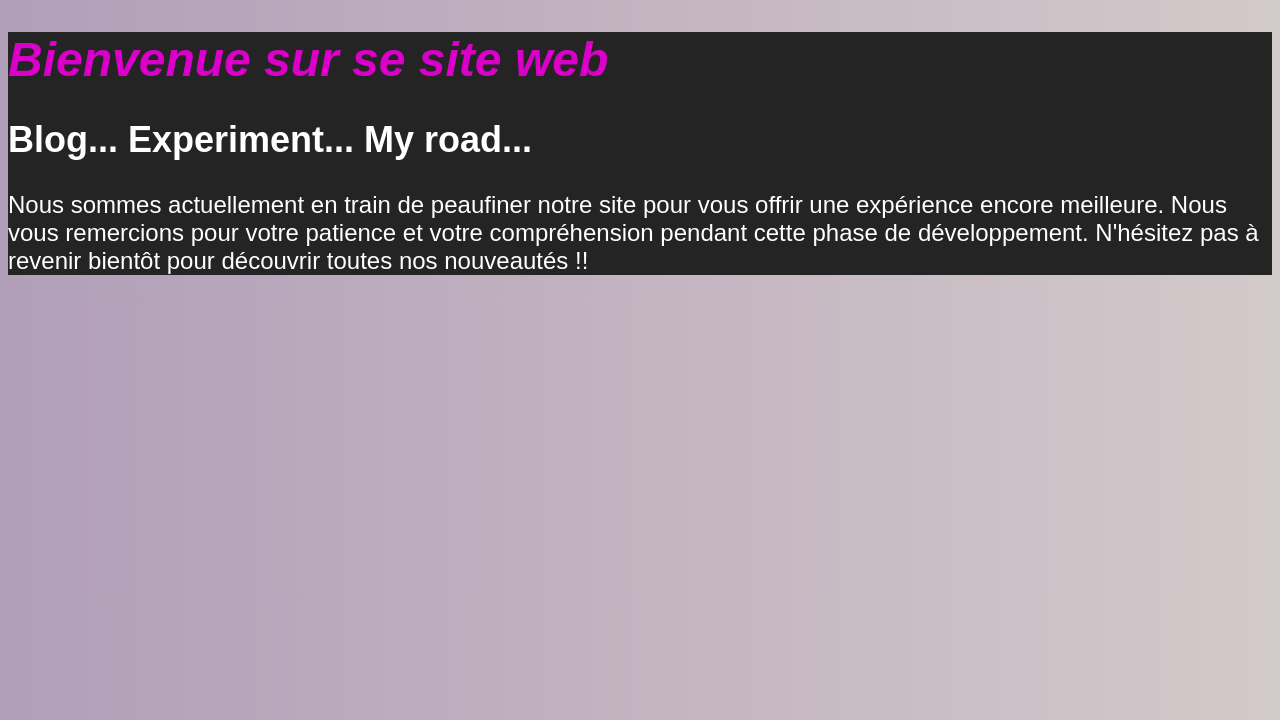
Repository: ValetteEvan/PersonalWebApp
Page: index.html
These files come from the project's save history. The page is drawn as it stood at one moment and after the next save; the edit follows.
The browser window is 1280 px wide. The pictures show the whole page.

Above is the page before, as saved 2025-01-07 18:02:33.

### index.html
<!DOCTYPE html>
<html>

    <head>
        <meta charset="utf-8" />
        <title>Valette Evan</title>
        <link href="style.css" rel="stylesheet">
        <link href="image/" rel="image">
        <link rel="font_original" href="https://fonts.googleapis.com">
    </head>

    <body>
        <div class="webGlobal">
            <h1>Bienvenue sur se site web</h1>
            <h2>Blog... Experiment... My road...</h2>
                <p class="firstParagraph">Nous sommes actuellement en train de peaufiner notre site pour
                 vous offrir une expérience encore meilleure. Nous vous remercions
                 pour votre patience et votre compréhension pendant cette phase de
                 développement. N'hésitez pas à revenir bientôt pour découvrir toutes nos nouveautés !!
                </p>
        </div>
    </body>
</html>

### style.css

body{

    background-color: rgb(255, 255, 255);
    background: linear-gradient(90deg,rgb(177, 158, 184),#d3caca);
    /*background-image: url('image/auto.jpg');*/
    /* background-repeat: no-repeat;*/
}
.webGlobal{
    background-color: rgb(36, 36, 36);
    font-family:'font_original',sans-serif;
    font-size: 1.5em;
    color: rgb(255, 255, 255);
}

h1 {
   font-style:italic;
    color: rgb(219, 0, 201);
    /*text-decoration: underline;*/
}

After the next save:
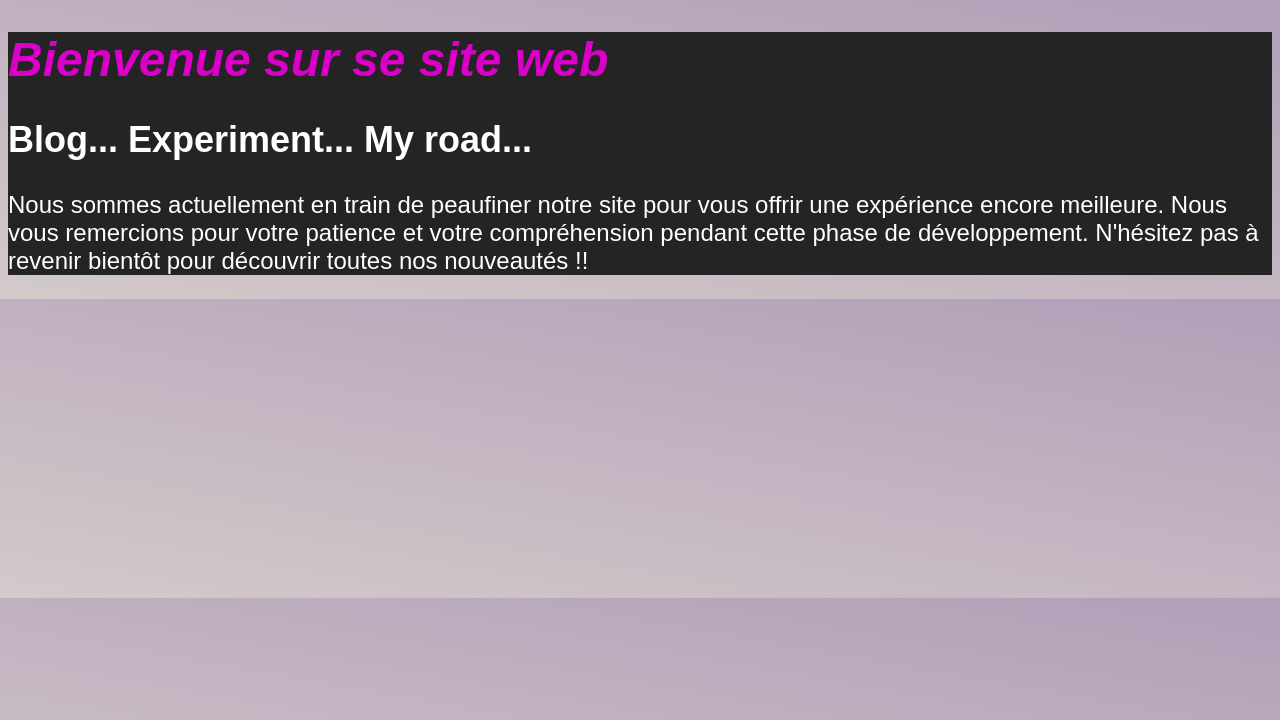
Saved 13 s later.
--- a/style.css
+++ b/style.css
@@ -2,7 +2,7 @@
 body{
 
     background-color: rgb(255, 255, 255);
-    background: linear-gradient(90deg,rgb(177, 158, 184),#d3caca);
+    background: linear-gradient(190deg,rgb(177, 158, 184),#d3caca);
     /*background-image: url('image/auto.jpg');*/
     /* background-repeat: no-repeat;*/
 }
